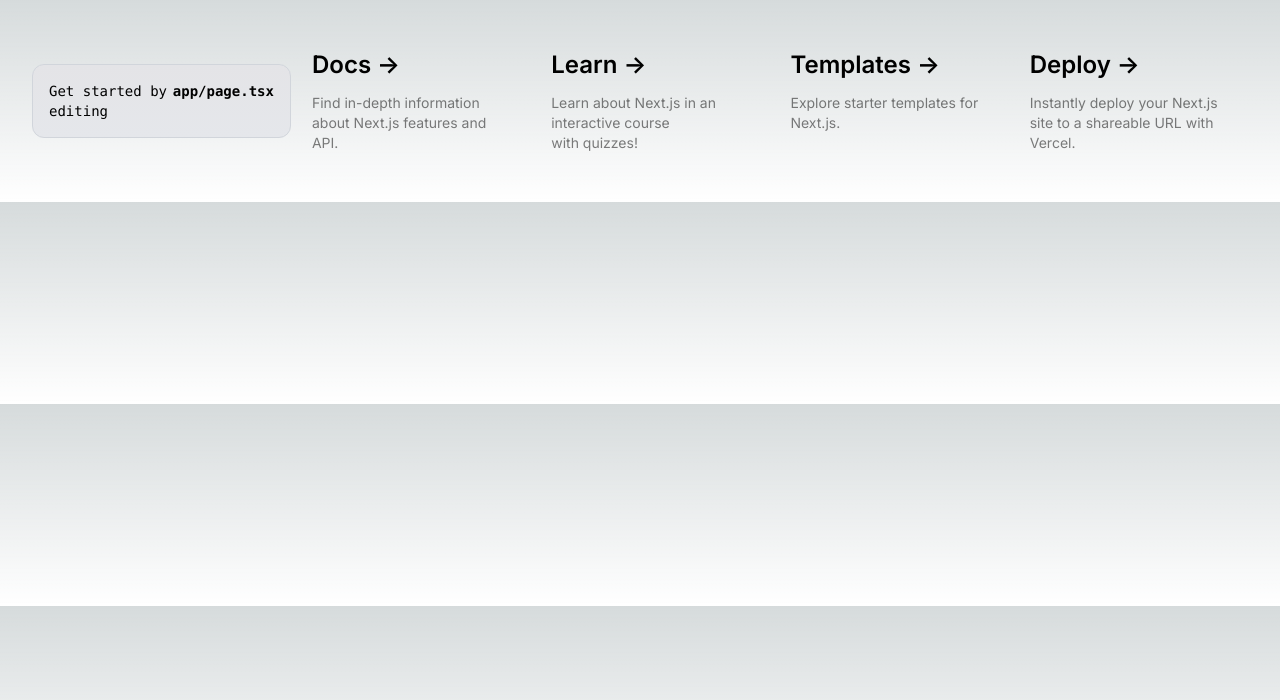
Repository: loktioncode/events-app
Page: /
The author's editor kept a copy of each file at every save. The page is drawn from the files as they stood at one save, then again after the next save.
The browser window is 1280 px wide. The pictures show the whole page.
The project was rebuilt for these pictures with package versions that can differ from the ones it lists, and the page was loaded fresh each time. The framework's server and built-in components were replaced by stand-ins that run in the browser. Also part of the build but not shown: next.config.js.

Above is the page before, as saved 2023-11-30 18:56:49.

After the next save:
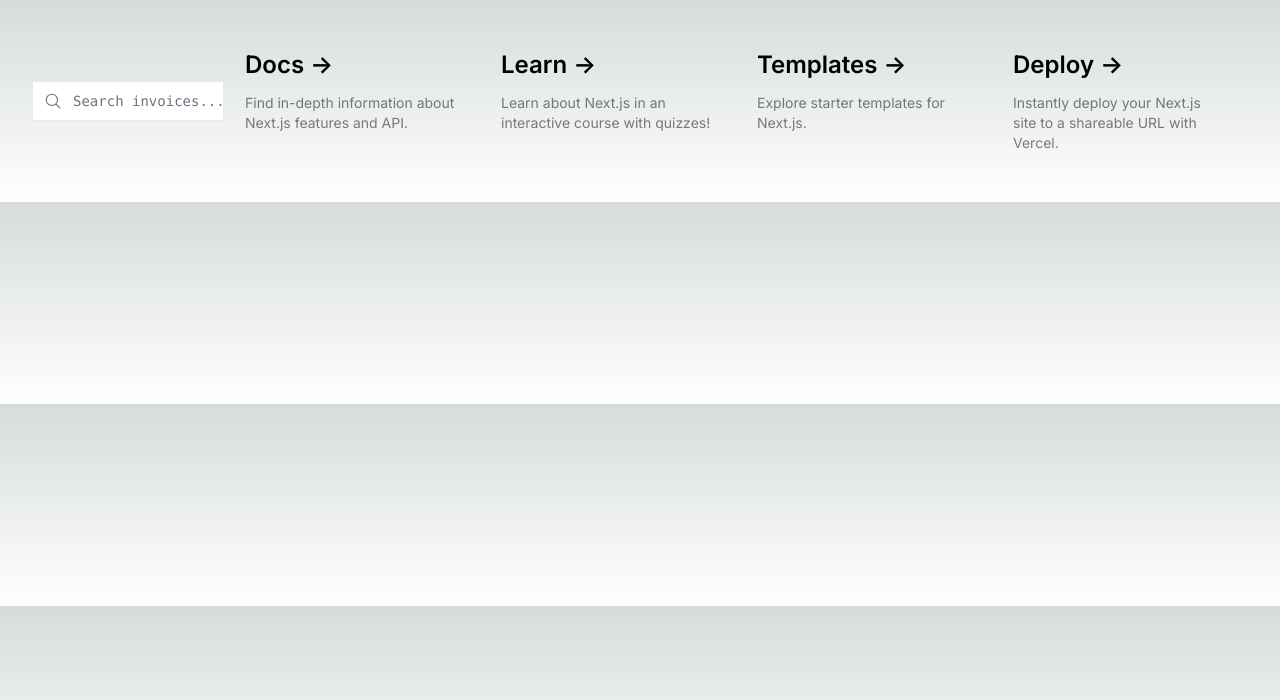
Saved 91 s later.
--- a/app/page.tsx
+++ b/app/page.tsx
@@ -1,14 +1,27 @@
 import Image from 'next/image'
+import Search from './searchInput';
 
-export default function Home() {
+export default function Home(
+  {
+    searchParams,
+  }: {
+    searchParams?: {
+      query?: string;
+      page?: string;
+    };
+  }
+) {
+
+
+  const query = searchParams?.query || '';
+  const currentPage = Number(searchParams?.page) || 1;
+
+
   return (
     <main className="flex max-h-screen flex-row items-center justify-between p-8">
 
       <div className="z-10 items-center justify-between font-mono text-sm lg:flex">
-        <p className="fixed left-0 top-0 flex w-full justify-center border-b border-gray-300 bg-gradient-to-b from-zinc-200 pb-6 pt-8 backdrop-blur-2xl dark:border-neutral-800 dark:bg-zinc-800/30 dark:from-inherit lg:static lg:w-auto  lg:rounded-xl lg:border lg:bg-gray-200 lg:p-4 lg:dark:bg-zinc-800/30">
-          Get started by editing&nbsp;
-          <code className="font-mono font-bold">app/page.tsx</code>
-        </p>
+         <Search placeholder="Search invoices..." />
       </div>
 
 
